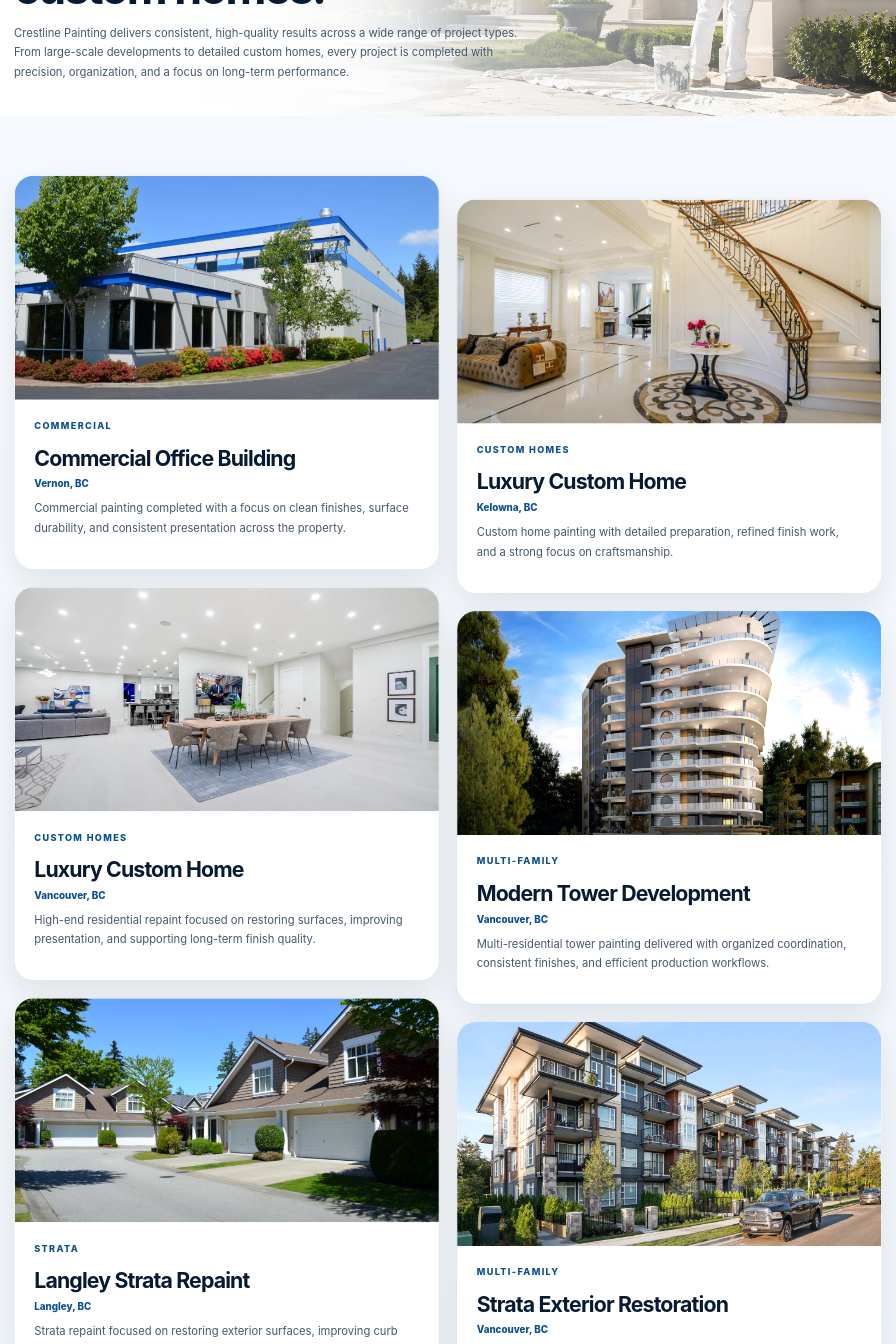
Repository: 300LBHACK3R/Crestline-Painting
Page: /projects
An editor plug-in stored every save of this project. The page is shown before and after the next save, followed by the edit.
The browser window is 1280 px wide. The pictures show the part of the page from y = 560 to 2480 px (the page is 3729 px tall before and 3974 px after), at 70% of full size.
The project was rebuilt for these pictures with package versions that can differ from the ones it lists, and the page was loaded fresh each time. The framework's server and built-in components were replaced by stand-ins that run in the browser. Also part of the build but not shown: next.config.ts.

Above is the page before, as saved 2026-04-29 09:07:46.

After the next save:
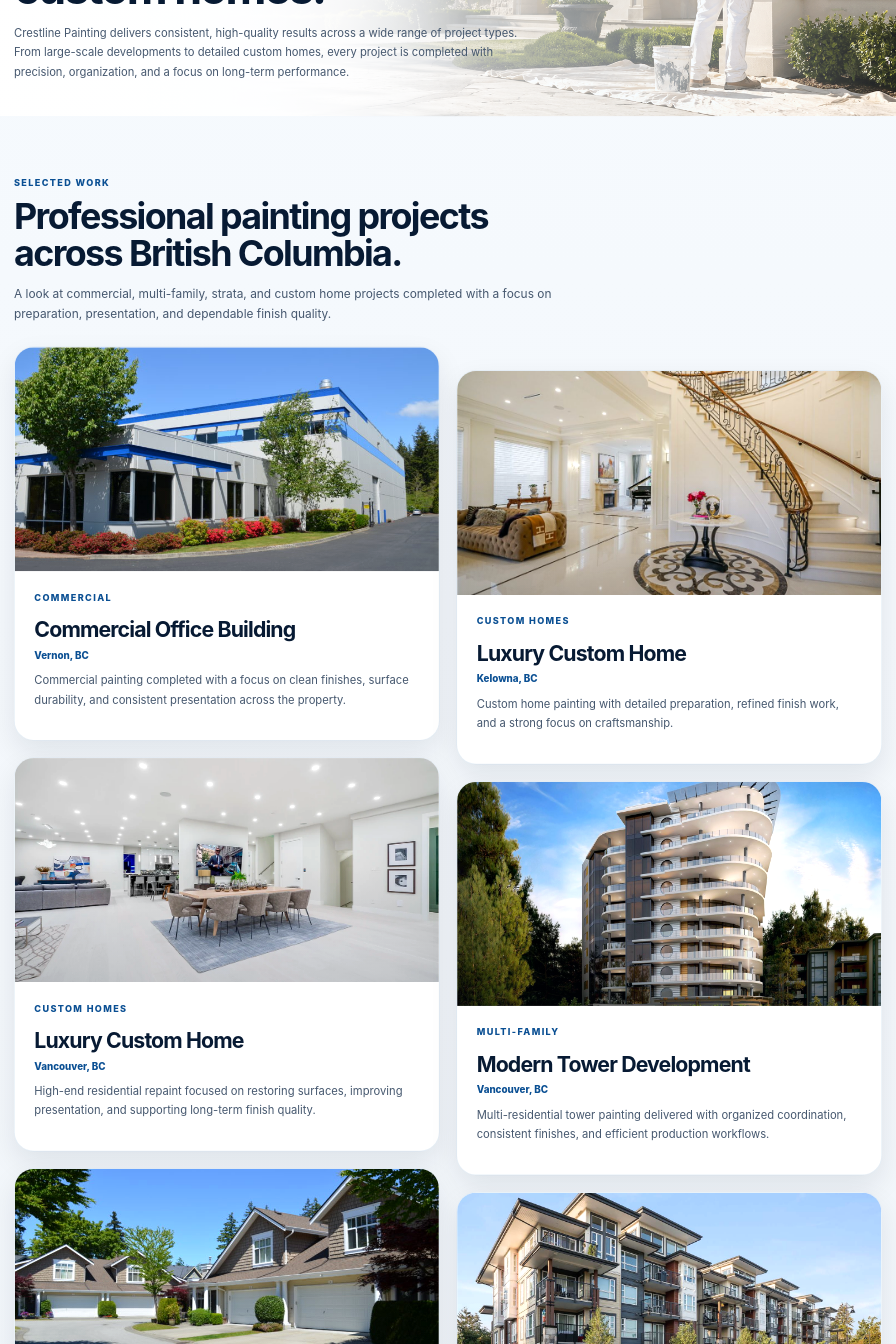
Saved 56 s later.
--- a/src/app/projects/page.tsx
+++ b/src/app/projects/page.tsx
@@ -1,7 +1,6 @@
 import SiteHeader from "@/components/layout/site-header";
 import SiteFooter from "@/components/layout/site-footer";
 import PageHero from "@/components/shared/page-hero";
-import Link from "next/link";
 import { projects } from "@/data/projects";
 
 export default function ProjectsPage() {
@@ -10,50 +9,64 @@
       <SiteHeader light />
 
       <main className="projects-page">
-
         <PageHero
           eyebrow="Projects"
           title="A portfolio of work across commercial, multi-family, strata, and custom homes."
           copy="Crestline Painting delivers consistent, high-quality results across a wide range of project types. From large-scale developments to detailed custom homes, every project is completed with precision, organization, and a focus on long-term performance."
           backgroundImage="/images/projects/Crestline-Painting-Interior-Exterior-site-photo.jpg"
+          backgroundPosition="center center"
           darkOverlay={false}
         />
 
-        <section className="section">
+        <section
+          className="section projects-showcase-section"
+          aria-labelledby="projects-showcase-heading"
+        >
           <div className="container">
+            <div className="section-intro projects-showcase-section__intro">
+              <span className="section-intro__eyebrow">Selected Work</span>
+
+              <h2 id="projects-showcase-heading" className="section-intro__title">
+                Professional painting projects across British Columbia.
+              </h2>
+
+              <p className="section-intro__copy">
+                A look at commercial, multi-family, strata, and custom home
+                projects completed with a focus on preparation, presentation,
+                and dependable finish quality.
+              </p>
+            </div>
 
             <div className="project-showcase-grid">
-
-              {projects.map((project, i) => (
-                <Link
-                  key={`${project.title}-${i}`} // 🔥 FIXED
-                  href="/projects"
+              {projects.map((project, index) => (
+                <article
+                  key={project.id}
                   className={`project-showcase-card ${
-                    i % 2 !== 0 ? "project-showcase-card--offset" : ""
+                    index % 2 !== 0 ? "project-showcase-card--offset" : ""
                   }`}
                 >
-
-                  {/* IMAGE */}
                   <div className="project-showcase-card__media">
                     <div
                       className="project-showcase-card__image"
                       style={{
                         backgroundImage: `url("${project.image}")`,
                       }}
+                      role="img"
+                      aria-label={`${project.title} project in ${project.location}`}
                     >
-                      <div className="project-showcase-card__overlay" />
+                      <div
+                        className="project-showcase-card__overlay"
+                        aria-hidden="true"
+                      />
                     </div>
                   </div>
 
-                  {/* CONTENT */}
                   <div className="project-showcase-card__body">
-                    <div className="card__eyebrow">
-                      {project.category}
-                    </div>
+                    <span className="card__eyebrow">{project.category}</span>
 
-                    <h2 className="project-showcase-card__title">
+                    <h3 className="project-showcase-card__title">
                       {project.title}
-                    </h2>
+                    </h3>
 
                     <div className="project-showcase-card__meta">
                       {project.location}
@@ -63,15 +76,11 @@
                       {project.description}
                     </p>
                   </div>
-
-                </Link>
+                </article>
               ))}
-
             </div>
-
           </div>
         </section>
-
       </main>
 
       <SiteFooter />
